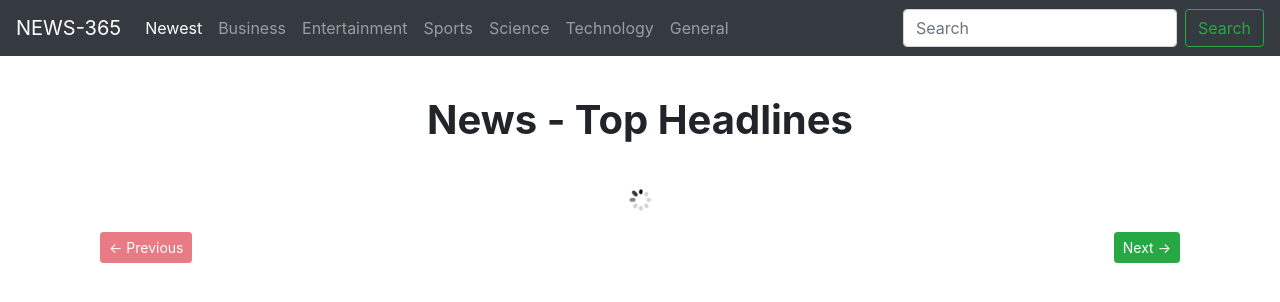
Repository: shah-zx/NewsApp
Page: /sports
An editor plug-in stored every save of this project. The page is shown before and after the next save, followed by the edit.
The browser window is 1280 px wide. The pictures show the whole page.
The page's requests for data from a server got no answer. Some web libraries are served in a nearby version. The project was rebuilt for these pictures with package versions that can differ from the ones it lists, and the page was loaded fresh each time. No one was signed in, and anything a server would have sent is missing. Also part of the build but not shown: src/components/NewsItem.js.

Above is the page before, as saved 2021-11-05 11:50:46.

After the next save:
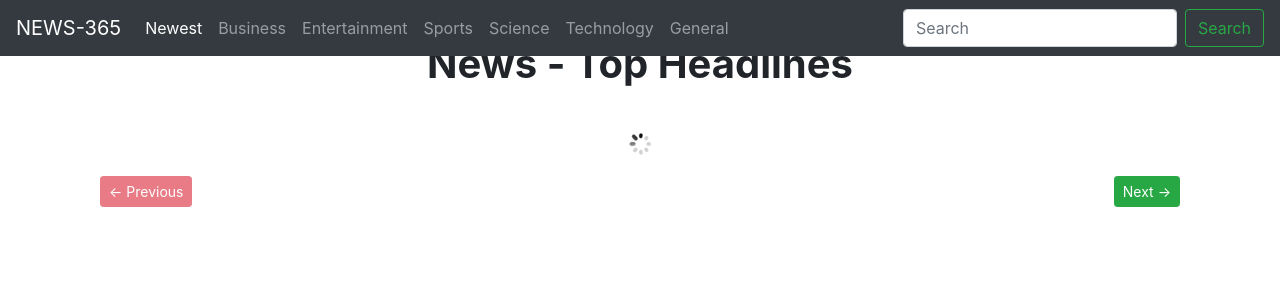
Saved 4 min 14 s later.
--- a/src/components/Navbar.js
+++ b/src/components/Navbar.js
@@ -7,7 +7,7 @@ const Navbar = () => {
    // https://hn-s.herokuapp.com/education  // guruji
 
     return (
-      <nav className="navbar navbar-expand-lg navbar-dark bg-dark">
+      <nav className="navbar fixed-top navbar-expand-lg navbar-dark bg-dark">
         <Link className="navbar-brand" to="/">NEWS-365</Link>
         <button className="navbar-toggler" type="button" data-toggle="collapse" data-target="#navbarSupportedContent" aria-controls="navbarSupportedContent" aria-expanded="false" aria-label="Toggle navigation">
           <span className="navbar-toggler-icon"></span>
